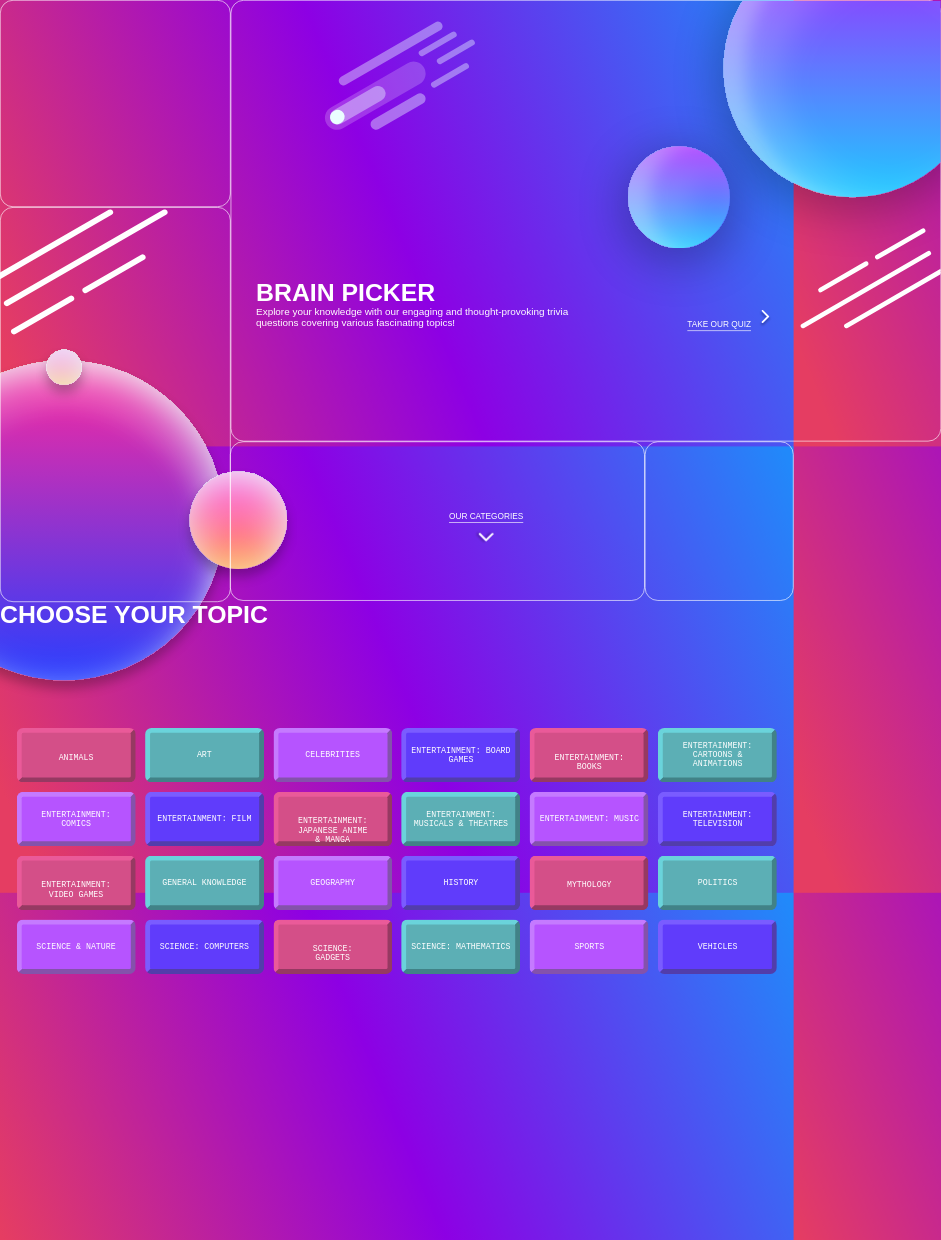
Repository: pjiang604/COMP-2170_Final-Project
Page: index.html
An editor plug-in stored every save of this project. The page is shown before and after the next save, followed by the edit.
The browser window is 1280 px wide. The page is 1518 px wide, so the pictures cover 1518 px, including what lies to the right of the window. The pictures show the whole page, at 62% of full size.
Backgrounds fixed to the window are drawn as part of the page.

Above is the page before, as saved 2023-04-30 13:29:04.

### index.html
<!DOCTYPE html>
<html lang="en">
  <head>
    <meta charset="UTF-8">
    <meta http-equiv="X-UA-Compatible" content="IE=edge">
    <meta name="viewport" content="width=device-width, initial-scale=1.0">
    <link rel="stylesheet" href="style.css">
    <title> Brain Picker </title>
    <script src="/easy.js"></script>
    <script src="/medium.js"></script>
    <script src="/hard.js"></script>
  </head>
  <body>
    <div class="container">
      <div class="graphic__left">
        <img class="bottom__left_sphere" src="/Assets/bg_graphics/bottom_left_sphere_group.svg" alt="">
        <img class="left__shooting_star" src="/Assets/bg_graphics/shooting_star_left.svg" alt="">
      </div>
      <div class="left__containers">
        <div class="left__container_top"></div>
        <div class="left__container_bottom"></div>
      </div>
      <div class="quiz__container">
        <div class="left__content">
          <h1> BRAIN PICKER </h1>
          <p> Explore your knowledge with our engaging and thought-provoking trivia questions covering various fascinating topics! </p>
        </div>
        <div class="right__content">
          <div class="graphics">
            <img class="shooting__star_top" src="/Assets/bg_graphics/shooting_star_alt.svg" alt="">
            <img class="top__right_sphere" src="/Assets/bg_graphics/top_right_sphere_group.svg" alt="">
            <img class="star__right" src="/Assets/bg_graphics/shooting_star_right.svg" alt="">
          </div>
          <div class="quiz__button">
            <a href="#">
              <button class="take__quiz_button"> TAKE OUR QUIZ </button>
              <img class="quiz__arrow" src="/Assets/buttons/arrow-head.svg" alt="">
            </a>
          </div>
        </div>
      </div>
    </div>
    <div class="bottom__containers">
      <div class="bottom__container_left">
        <a href="#">
          <button class="categories__button"> OUR CATEGORIES </button>
        </a>
        <img class="categories__arrow" src="/Assets/buttons/arrow-head.svg" alt="" width="30px">
      </div>
      <div class="bottom__container_right"></div>
    </div>

    <div class="categories__section">
      <h1 class="topics_header">CHOOSE YOUR TOPIC</h1>

      <div class="categories_container">
        <button class='topic_button1' id="animals">animals</button>
        <button class='topic_button2' id="art">art</button>
        <button class='topic_button3' id="celebrities">celebrities</button>
        <button class='topic_button4' id="board_games">entertainment: board games</button>
        <button class='topic_button1' id="books">entertainment: books</button>
        <button class='topic_button2' id="cartoons_animations">entertainment: cartoons & animations</button>
        <button class='topic_button3' id="comics">entertainment: comics</button>
        <button class='topic_button4' id="film">entertainment: film</button>
        <button class='topic_button1' id="japanese_anime">entertainment: japanese anime & manga</button>
        <button class='topic_button2' id="musicals_theatre">entertainment: musicals & theatres</button>
        <button class='topic_button3' id="music">entertainment: music</button>
        <button class='topic_button4' id="television">entertainment: television</button>
        <button class='topic_button1' id="video_games">entertainment: video games</button>
        <button class='topic_button2' id="general_knwoledge">general knowledge</button>
        <button class='topic_button3' id="geography">geography</button>
        <button class='topic_button4' id="history">history</button>
        <button class='topic_button1' id="mythology">mythology</button>
        <button class='topic_button2' id="politics">politics</button>
        <button class='topic_button3' id="science_nature">science & nature</button>
        <button class='topic_button4' id="computers">science: computers</button>
        <button class='topic_button1' id="gadgets">science: gadgets </button>
        <button class='topic_button2' id="mathematics">science: mathematics</button>
        <button class='topic_button3' id="sports">sports</button>
        <button class='topic_button4' id="vehicles">vehicles</button>
      </div>
    </div>

  </body>
</html>

### style.css
:root {
	--primary-font: Arial, Helvetica, sans-serif;
	--secondary-font: 'Courier New', Courier, monospace;
	--font-weight-general: normal;
	--font-weight-light: 100;
	--font-weight-bold: bold;
	--font-size-body: 12pt;
	--font-size-heading: 30pt;
	--font-size-sub-heading: 22pt;

	--white: #fff;
	--black: #000000;
	--crimson: #d44f88;
	--crimson-2:#ea5a99;
	--teal:#5CAFB5;
	--teal-2:#6ad3db;
	--indigo:#603CFB;
	--indigo-2:#7a5cff;
	--purple: #B654FF;
	--purple-2:#c57aff;
}

h1 {
	font-size: var(--font-size-heading);
	font-weight: var(--font-weight-bold);
	font-family: var(--primary-font);
}

h2 {
	font-size: var(--font-size-sub-heading);
	font-weight: var(--font-weight-bold);
	font-family: var(--primary-font);
}

p {
	font-size: var(--font-size-body);
	font-weight: var(--font-weight-general);
	font-family: var(--primary-font);
}

* {
	margin: 0;
}

body {
	/* Linear gradient bg */
	background: linear-gradient(247.38deg, #2189FA 0.96%, #8D00E4 50.19%, #E53D62 95.42%);
	min-height: 2000px;
	background-attachment: fixed;
	background-position: center;
	background-repeat: no-repeat;
	background-size: cover;
	max-width: 100%;
}

/**Main container**/
.container {
	display: flex;
}

.bottom__left_sphere {
	position: absolute;
	width: 30rem;
	top: 35rem;
	z-index: -1;
}

.left__shooting_star {
	width: 17rem;
	position: absolute;
	top: 21rem;
}

/**Left containers**/
.left__container_top {
	box-sizing: border-box;
	display: flex;
	width: 372px;
	height: 334px;
	border: 0.25px solid #FFFFFF;
	border-radius: 21px;
}

.left__container_bottom {
	box-sizing: border-box;
	display: flex;
	width: 372px;
	height: 637px;
	border: 0.25px solid #FFFFFF;
	border-radius: 21px;
}

/**Bottom containers**/
.bottom__containers {
	display: flex;
	margin-top: -16.2rem;
	/* justify-content: end; */
	padding-left: 23.2rem;
}

.bottom__container_left {
	box-sizing: border-box;
	display: flex;
	width: 52.8rem;
	height: 257px;
	border: 0.25px solid #FFFFFF;
	border-radius: 21px;
}

.bottom__container_right {
	box-sizing: border-box;
	display: flex;
	width: 303px;
	height: 257px;
	border: 0.25px solid #FFFFFF;
	border-radius: 21px;
}

/**Quiz Section**/
.quiz__container {
	box-sizing: border-box;
	display: flex;
	width: 71.6rem;
	height: 44.5rem;
	border: 0.15px solid #FFFFFF;
	border-radius: 21px;
}

.shooting__star_top {
	position: absolute;
	right: 32rem;
	top: 2rem;
}

.top__right_sphere {
	display: flex;
	justify-content: end;
}

.star__right {
	display: flex;
	position: relative;
	float: right;
	bottom: 8rem;
}

.left__content {
	color: var(--white);
	width: 40rem;
	padding-left: 2.5rem;
	padding-top: 28rem;
}

.take__quiz_button {
	border: none;
	text-decoration: underline;
	text-underline-offset: 5px;
	color: var(--white);
	background: none;
	padding-left: 11rem;
	cursor: pointer;
}

.quiz__button>a {
	text-decoration: none;
}


.categories__button {
	border: none;
	text-decoration: underline;
	text-underline-offset: 5px;
	color: var(--white);
	background: none;
	padding-left: 22rem;
	padding-top: 7rem;
	cursor: pointer;
}

.categories__arrow {
	rotate: 90deg;
	margin-top: 2.5rem;
	position: absolute;
	left: 48rem;
	top: 50.5rem;
}

.bottom__container_left>a {
	text-decoration: none;
}


/** Topics Section **/
.topics_header{
	color: var(--white);
}

.categories_container{
	font-family: var(--secondary-font);
	display: grid;
	grid-template-columns: 12rem 12rem 12rem 12rem 12rem 12rem;
	gap: .935rem;
	align-items: center;
	justify-content: center;
	padding-top: 10rem;
}

.topic_button1{
	font-family: var(--secondary-font);
	border-width: .5rem;
	height: 5.5rem;
    color: var(--white);
    border-radius: 0.656rem;
    background-color: var(--crimson);
    border-color: var(--crimson-2);
	padding: 2rem;
	text-transform: uppercase;

}

.topic_button2{
	font-family: var(--secondary-font);
	background-color: var(--teal);
	height: 5.5rem;
	color: var(--white);
	border-radius: 0.656rem;
	border-color: var(--teal-2);
	border-width: .5rem;
	text-transform: uppercase;
}
.topic_button3{
	font-family: var(--secondary-font);
	background-color:var(--purple);
	height: 5.5rem;
	color: var(--white);
	border-radius: 0.656rem;
	border-color:var(--purple-2);
	border-width: .5rem;
	text-transform: uppercase;
}
.topic_button4{
	font-family: var(--secondary-font);
	background-color:var(--indigo);
	height: 5.5rem;
	color: var(--white);
	border-radius: 0.656rem;
	border-color: var(--indigo-2);
	border-width: .5rem;
	text-transform: uppercase;
}

Loaded but not shown: easy.js (no stored copy; drawn as an empty file); medium.js (no stored copy; drawn as an empty file); hard.js (no stored copy; drawn as an empty file)

After the next save:
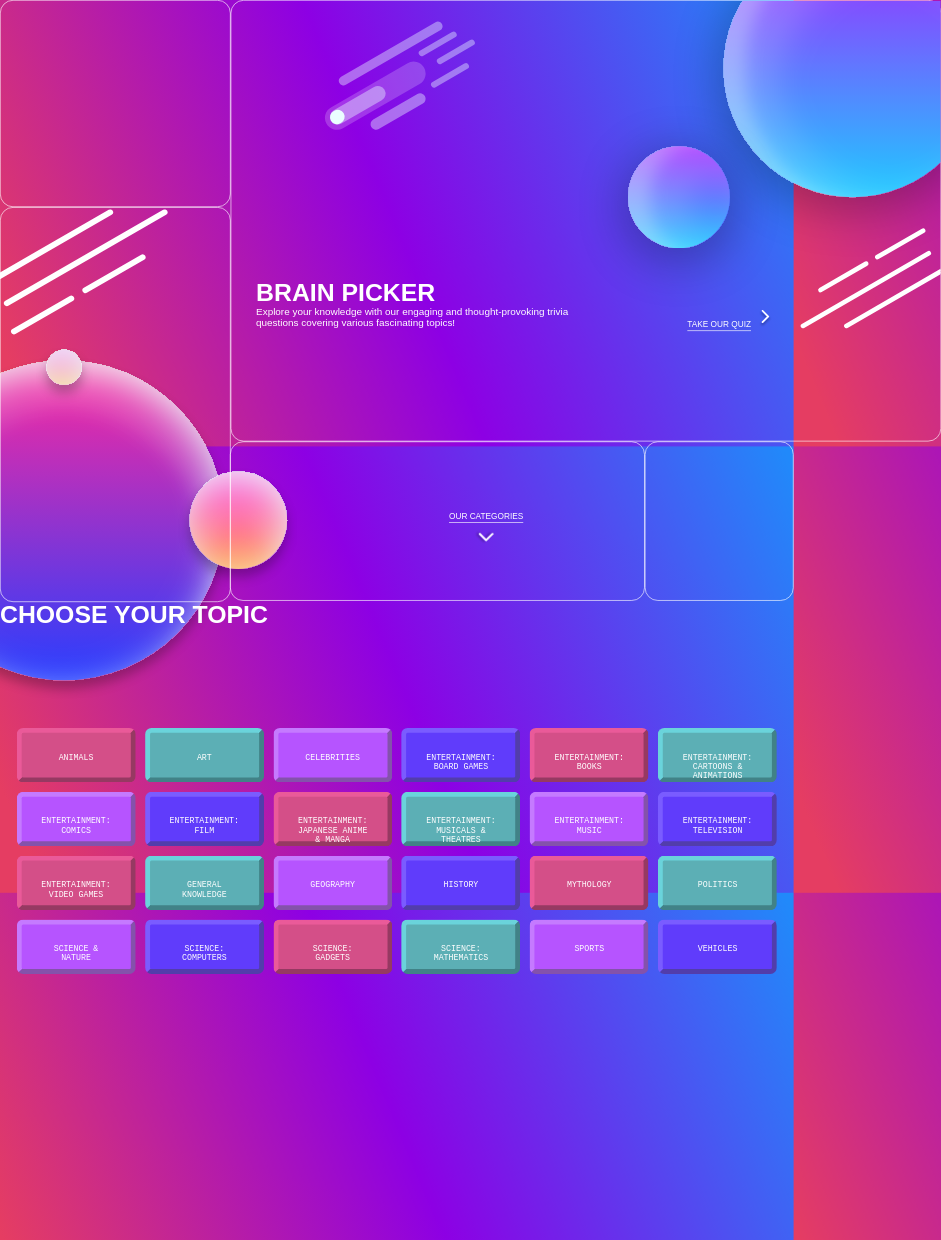
Saved 20 s later.
--- a/style.css
+++ b/style.css
@@ -227,6 +227,7 @@ body {
 	border-color: var(--teal-2);
 	border-width: .5rem;
 	text-transform: uppercase;
+	padding: 2rem;
 }
 .topic_button3{
 	font-family: var(--secondary-font);
@@ -237,6 +238,7 @@ body {
 	border-color:var(--purple-2);
 	border-width: .5rem;
 	text-transform: uppercase;
+	padding: 2rem;
 }
 .topic_button4{
 	font-family: var(--secondary-font);
@@ -247,4 +249,5 @@ body {
 	border-color: var(--indigo-2);
 	border-width: .5rem;
 	text-transform: uppercase;
-}
+	padding: 2rem;
+}
